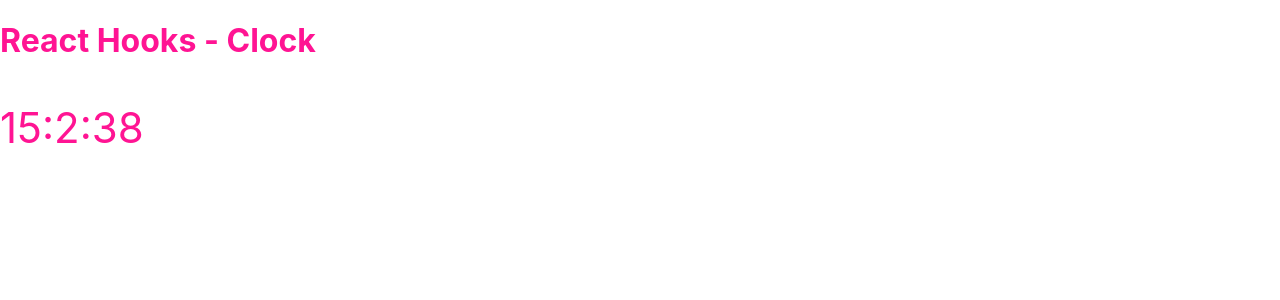
Repository: trongtamdev/react-hooks-basic
Page: /
The author's editor kept a copy of each file at every save. The page is drawn from the files as they stood at one save, then again after a run of saves.
The browser window is 1280 px wide. The pictures show the whole page.
The page's requests for data from a server got no answer. The project was rebuilt for these pictures with package versions that can differ from the ones it lists, and the page was loaded fresh each time. No one was signed in, and anything a server would have sent is missing. Also part of the build but not shown: src/components/ColorBox/ColorBox.scss, src/components/ColorBox/index.jsx, src/components/TodoList/index.jsx, src/components/TodoForm/index.jsx, src/components/PostList/index.jsx, src/components/Pagination/index.jsx, src/components/PostFiltersForm/index.jsx.

Above is the page before, as saved 2022-09-06 10:11:33.

### src/App.js
import logo from './logo.svg';
import './App.scss';
import queryString from 'query-string';
import ColorBox from './components/ColorBox';
import { useEffect, useState } from 'react';
import TodoList from './components/TodoList';
import TodoForm from './components/TodoForm';
import PostList from './components/PostList';
import Pagination from './components/Pagination';
import PostFiltersForm from './components/PostFiltersForm';
import Clock from './components/Clock';

function App() {
  const [todoList, setTodoList] = useState([
    { id: 1, title: 'I love Easy Frontend! 😍 ' },
    { id: 2, title: 'We love Easy Frontend! 🥰 ' },
    { id: 3, title: 'They love Easy Frontend! 🚀 ' },
  ]);

  const [postList, setPostList] = useState([]);
  const [pagination, setPagination] = useState({
    _page: 1,
    _limit: 10,
    _totalRows: 1,
  });
  const [filters, setFilters] =useState({
    _limit: 10,
    _page: 1,
  })



  useEffect(() => {
    async function fetchPostList(){
      //...
      try {
        const paramsString = queryString.stringify(filters);
        const requestUrl=`http://js-post-api.herokuapp.com/api/posts?${paramsString}`;
        const response = await fetch(requestUrl);
        const responseJSON = await response.json();
        console.log({responseJSON});

        const {data , pagination}= responseJSON;
        setPostList(data);
        setPagination(pagination);
      } catch (error) {
        console.log('Failed to fetch post list: ', error.message)
      }

    }

    fetchPostList();
  },[filters]);


  function handlePageChange (newPage) {
    console.log('New Page: ', newPage)
    setFilters({
      ...filters,
      _page: newPage,
    })
  }

  function handleTodoClick(todo){
    console.log(todo)
    const index = todoList.findIndex(x => x.id===todo.id);
    if(index <0) return;

    const newTodoList= [...todoList];
    newTodoList.splice(index,1);
    setTodoList(newTodoList);
  }

  function handleTodoFormSubmit (formValues){
    console.log('Form submit:' ,formValues)
    const newTodo={
      id: todoList.length + 1,
      ...formValues,
    };
    const newTodoList=[...todoList] ;
    newTodoList.push(newTodo);
    setTodoList(newTodoList);
  }

  function handleFiltersChange(newFilters){
    console.log('New Filters: ', newFilters)
    setFilters({
      ...filters,
      _page: 1,
      title_like: newFilters.searchTerm,
    });
  }

  return (
    <div className="App">
      <h1>React Hooks - Clock</h1>

      <Clock/>
      {/* <TodoForm onSubmit={handleTodoFormSubmit}/> */}
      {/* <TodoList todos={todoList} onTodoClick={handleTodoClick}/> */}

      {/* <PostFiltersForm onSubmit={handleFiltersChange}/>
      <PostList posts={postList} />
      <Pagination
        pagination={pagination}
        onPageChange={handlePageChange}
      /> */}


      {/* <ColorBox /> */}
    </div>
  );
}

export default App;

### src/App.scss
.App {
  color: deeppink;
}

### src/components/Clock/index.jsx
import React, { useEffect, useState } from 'react';
import PropTypes from 'prop-types';

Clock.propTypes = {

};

function formatDate(date) {
    if (!date) return '';

    const hours = date.getHours();
    const minutes = date.getMinutes();
    const seconds = date.getSeconds();

    return `${hours}:${minutes}:${seconds}`;
}

function Clock() {

    const [timeString, setTimeString] = useState('');

    useEffect(() => {
        setInterval(() => {
            const now = new Date();
            //HH:mm:ss
            const newTimeString = formatDate(now);

            setTimeString(newTimeString);
        }, 1000)
    }, [])

    return (
        <div>
            <p style={{ fontSize: '42px' }}>{timeString}</p>
        </div>
    );
}

export default Clock;

Loaded but not shown: public/index.html (common file); src/index.js (common file); src/index.css (common file); src/reportWebVitals.js (common file)

After the next 8 saves:
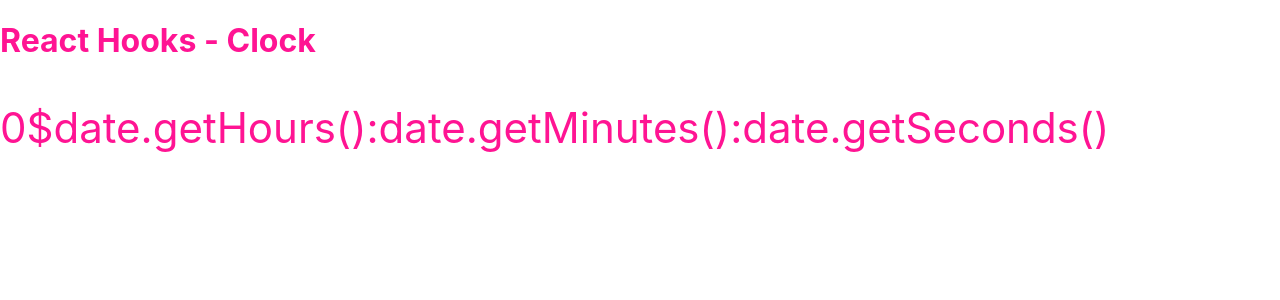
The 8 saves are shown as one change because they came seconds apart.
The last was saved 29 s later.
--- a/src/components/Clock/index.jsx
+++ b/src/components/Clock/index.jsx
@@ -8,9 +8,9 @@ Clock.propTypes = {
 function formatDate(date) {
     if (!date) return '';
 
-    const hours = date.getHours();
-    const minutes = date.getMinutes();
-    const seconds = date.getSeconds();
+    const hours = `0$date.getHours()`;
+    const minutes = `date.getMinutes()`;
+    const seconds = `date.getSeconds()`;
 
     return `${hours}:${minutes}:${seconds}`;
 }
